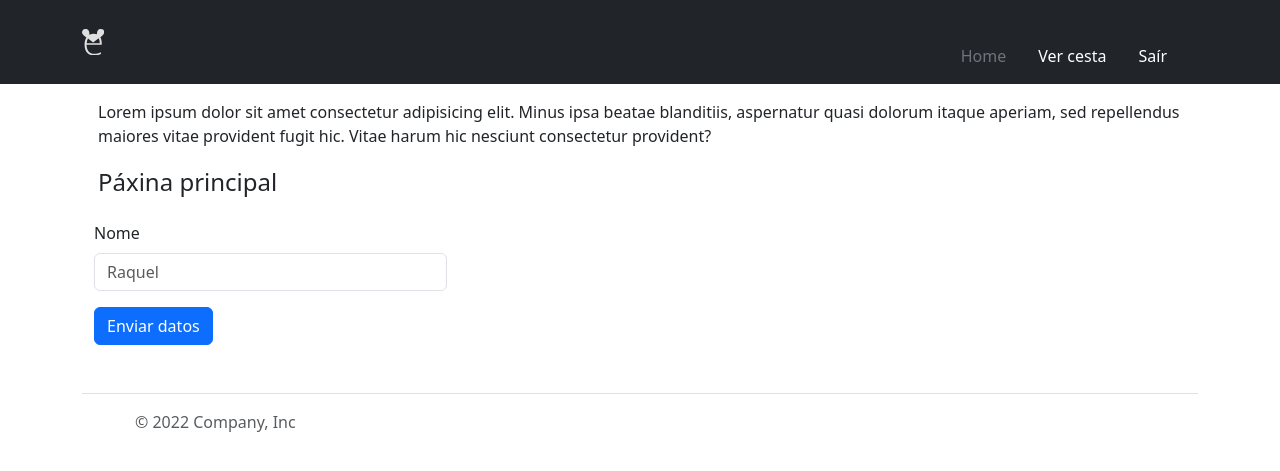
Repository: RaquelAlvarezz/pedidos
Page: index.html
An editor plug-in stored every save of this project. The page is shown before and after the next save, followed by the edit.
The browser window is 1280 px wide. The pictures show the whole page.
Some web libraries are served in a nearby version.

Above is the page before, as saved 2022-02-17 08:21:00.
Console error: SyntaxError: Cannot use import statement outside a module

After the next save:
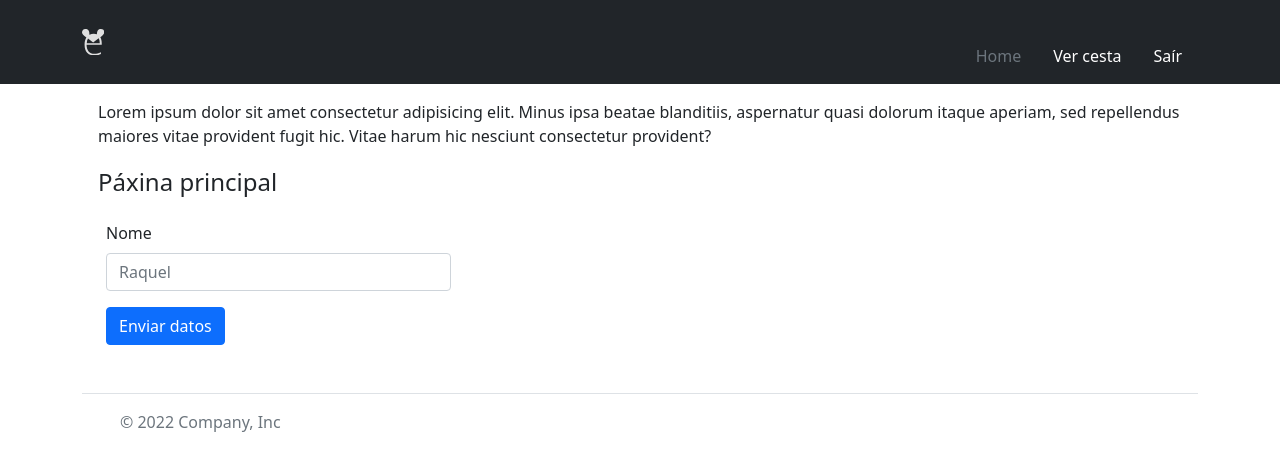
Saved 44 s later.
--- a/index.html
+++ b/index.html
@@ -5,8 +5,6 @@
     <meta name="viewport" content="width=device-width, initial-scale=1.0">
     <title>Pedidos</title>
     <link href="https://cdn.jsdelivr.net/npm/bootstrap@5.1.3/dist/css/bootstrap.min.css" rel="stylesheet" integrity="sha384-1BmE4kWBq78iYhFldvKuhfTAU6auU8tT94WrHftjDbrCEXSU1oBoqyl2QvZ6jIW3" crossorigin="anonymous">
-    <link rel="stylesheet" href="https://stackpath.bootstrapcdn.com/bootstrap/4.3.1/css/bootstrap.min.css" integrity="sha384-ggOyR0iXCbMQv3Xipma34MD+dH/1fQ784/j6cY/iJTQUOhcWr7x9JvoRxT2MZw1T" crossorigin="anonymous">
-    <link rel="stylesheet" href="./node_modules/bootstrap/dist/css/bootstrap.min.css">
   <script src="src/components/header.js"></script>
   <script src="src/components/footer.js"></script>
   </head>
